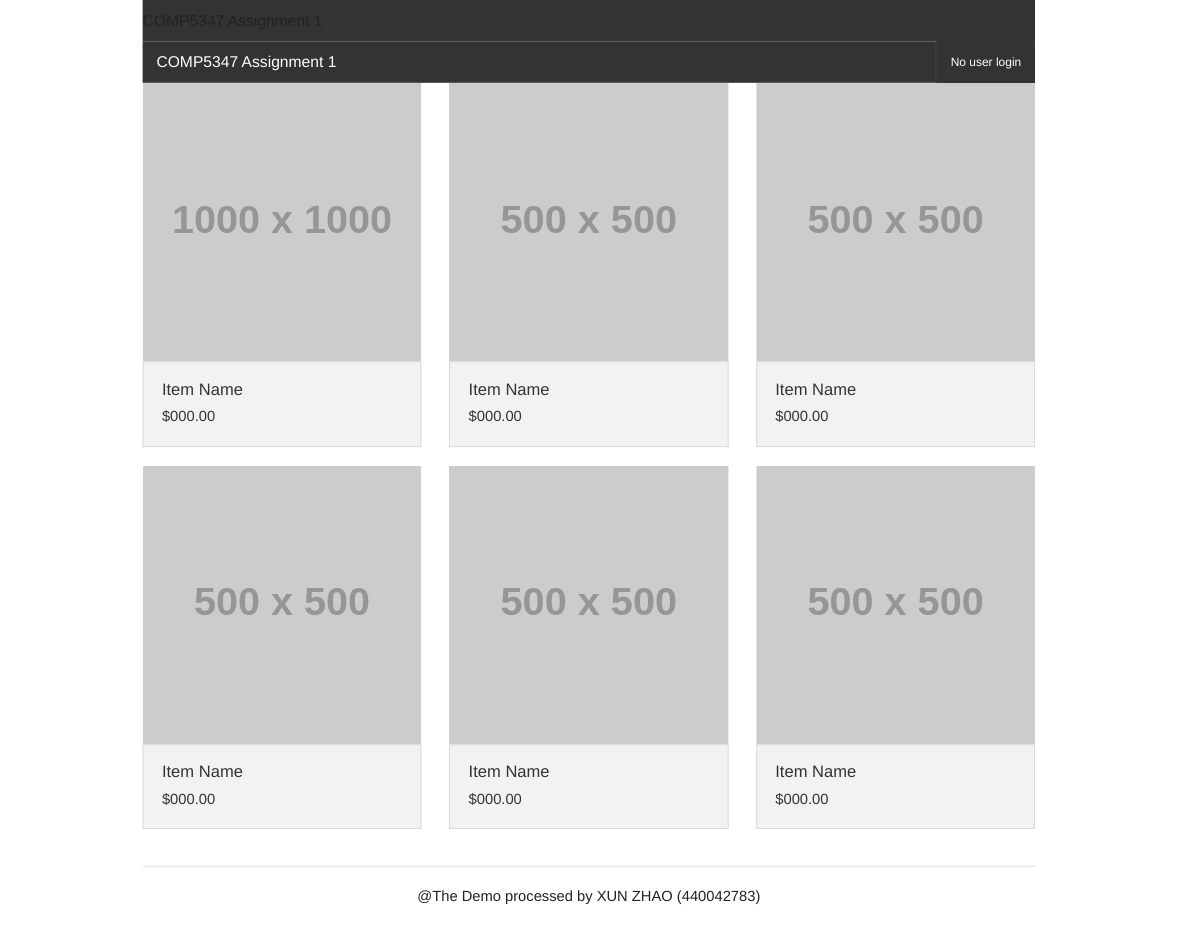
Repository: ShepardZhao/Product_Rating_System
Page: http://localhost/Product_Rating_System/
These files come from the project's save history. The page is drawn as it stood at one moment and after the next save; the edit follows.
The browser window is 1280 px wide. The pictures show the whole page, at 92% of full size.
The page is served by Tomcat 9.

Above is the page before, as saved 2014-03-22 12:41:05.

After the next save:
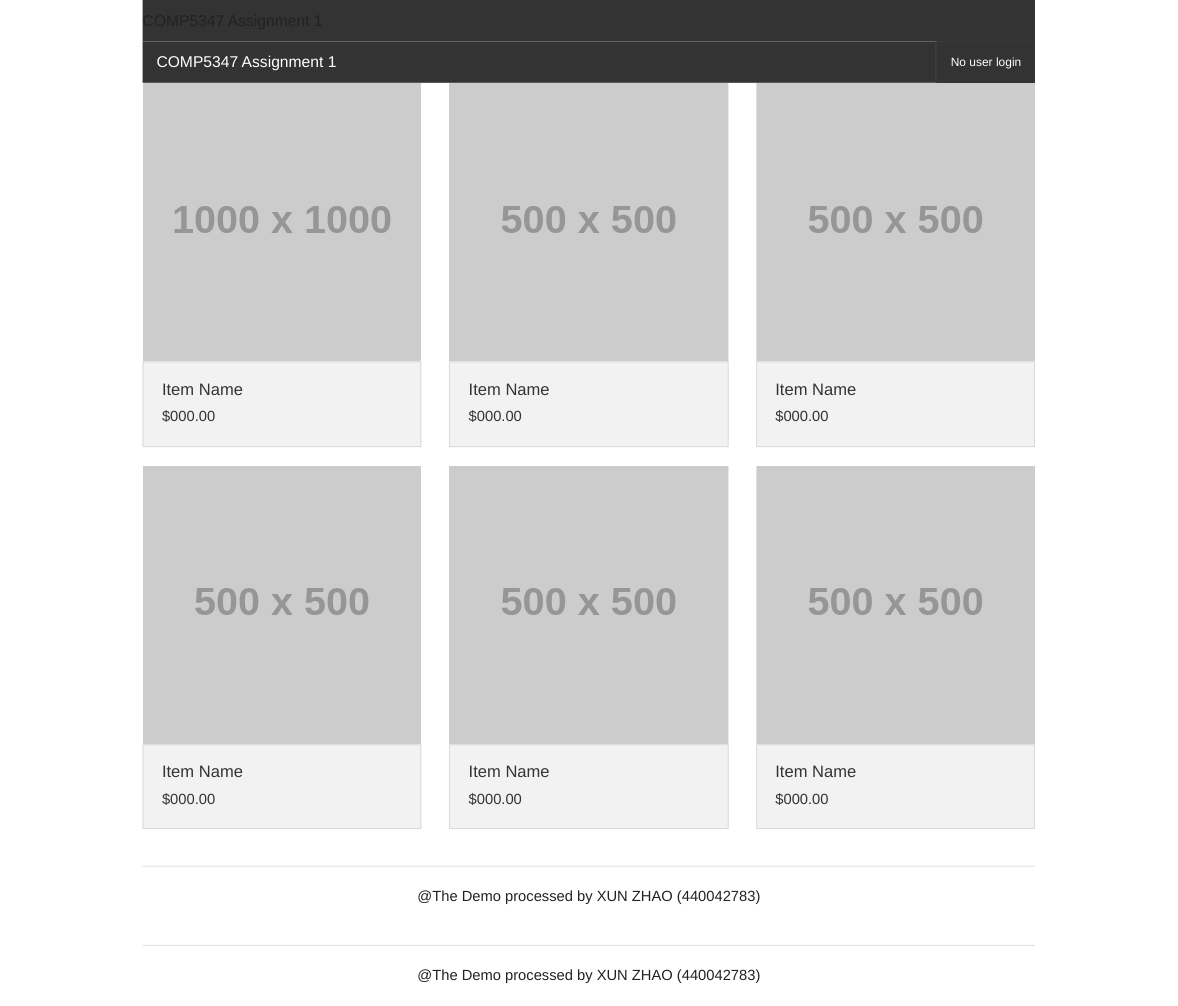
Saved 39 s later.
--- a/Product_Rating_System/WebContent/footer.jsp
+++ b/Product_Rating_System/WebContent/footer.jsp
@@ -1,3 +1,23 @@
+
+    <!-- Footer -->
+
+      <footer class="row">
+        <div class="large-12 columns"><hr />
+          <div class="row">
+
+              <p class="text-center">@The Demo processed by XUN ZHAO (440042783)</p>
+
+
+          </div>
+        </div>
+      </footer>
+
+    <!-- End Footer -->
+
+    </div>
+
+
+
   </div>
 </body>
 </html>
